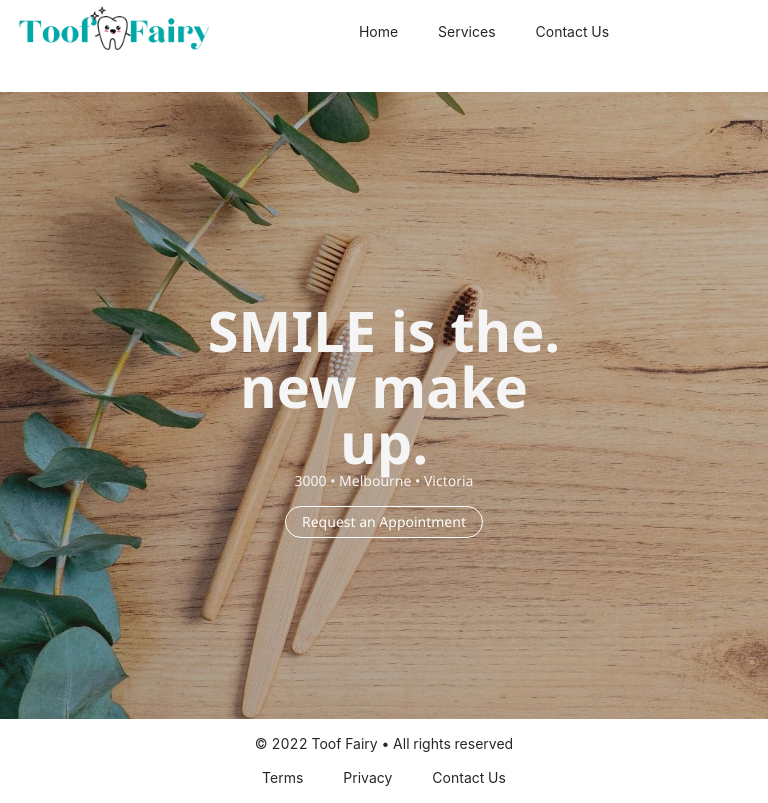
Repository: neldad1/dentist-app
Page: /
These files come from the project's save history. The page is drawn as it stood at one moment and after the next save; the edit follows.
The browser window is 768 px wide. The pictures show the whole page.
The project was rebuilt for these pictures with package versions that can differ from the ones it lists, and the page was loaded fresh each time. Also part of the build but not shown: src/components/Contact.jsx, src/components/Services/ToofImg.jsx, src/components/Services/Cosmetic.jsx, src/components/Services/Restorative.jsx, src/components/Services/Preventative.jsx, src/components/Footer/Terms.jsx, src/components/Footer/Privacy.jsx.

Above is the page before, as saved 2022-03-10 14:42:07.

### public/index.html
<!DOCTYPE html>
<html lang="en">
  <head>
    <meta charset="utf-8" />
    <link rel="icon" href="%PUBLIC_URL%/favicon.svg" type="image/svg+xml">
    <meta name="viewport" content="width=device-width, initial-scale=1" />
    <meta name="theme-color" content="#000000" />
    <meta
      name="description"
      content="Web site created using create-react-app"
    />
    <link rel="apple-touch-icon" href="%PUBLIC_URL%/logo192.png" />
    <!--
      manifest.json provides metadata used when your web app is installed on a
      user's mobile device or desktop. See https://developers.google.com/web/fundamentals/web-app-manifest/
    -->
    <link rel="manifest" href="%PUBLIC_URL%/manifest.json" />
    <!--
      Notice the use of %PUBLIC_URL% in the tags above.
      It will be replaced with the URL of the `public` folder during the build.
      Only files inside the `public` folder can be referenced from the HTML.

      Unlike "/favicon.ico" or "favicon.ico", "%PUBLIC_URL%/favicon.ico" will
      work correctly both with client-side routing and a non-root public URL.
      Learn how to configure a non-root public URL by running `npm run build`.
    -->
    <title>React App</title>
  </head>
  <body>
    <noscript>You need to enable JavaScript to run this app.</noscript>
    <div id="root"></div>
    <!--
      This HTML file is a template.
      If you open it directly in the browser, you will see an empty page.

      You can add webfonts, meta tags, or analytics to this file.
      The build step will place the bundled scripts into the <body> tag.

      To begin the development, run `npm start` or `yarn start`.
      To create a production bundle, use `npm run build` or `yarn build`.
    -->
  </body>
</html>

### src/index.js
import React from 'react';
import ReactDOM from 'react-dom';
import './index.css';
import App from './App';
import reportWebVitals from './reportWebVitals';

ReactDOM.render(
  //<React.StrictMode>
  <App />,
  //</React.StrictMode>,
  document.getElementById('root')
);

// If you want to start measuring performance in your app, pass a function
// to log results (for example: reportWebVitals(console.log))
// or send to an analytics endpoint. Learn more: https://bit.ly/CRA-vitals
reportWebVitals();

### src/App.js
import { BrowserRouter } from 'react-router-dom';

import 'antd/dist/antd.min.css';
import './App.css';
import AppRoutes from './AppRoutes';
import { Layout } from 'antd';
import HeaderLogo from './components/Header/HeaderLogo';
import Navigation from './components/Header/Navigation';
import FooterMenu from './components/Footer/FooterMenu';
const { Header, Footer, Content } = Layout;

function App() {
  return (
    <BrowserRouter>
      <Layout className="layout">
        <Header className="header">
          <HeaderLogo />
          <Navigation />
        </Header>
        <Content>
          <AppRoutes />
        </Content>
        <Footer className="footer">
          <span>© 2022 Toof Fairy • All rights reserved </span>
          <FooterMenu />
        </Footer>
      </Layout>
    </BrowserRouter>
  );
}

export default App;

### src/App.css

h1 {
  font-size: 2.5em;
}

.layout {
  height: 100vh;
  width: 100vw;
  text-align: center;
  background: #fff;
}

.header {
  background: #fff;
  padding: 0 1em;
}

.menu {
  flex: 1;
  border: none;
  display: flex;
  align-items: center;
  justify-content: flex-end;
}

.logo {
  width: 200px;
  height: 50px;
  float: left;
  margin-top: 4px;
}

.footer {
  background: #fff;
  display: flex;
  align-items: center;
}

.intro-wrapper {
  text-align: center;
}

.home {
  width: 100%;
  height: 100%;
  margin: 2em 0;
  display: flex;
  justify-content: center;
  align-items: center;
  background-image: url('/public/tfBackground.jpg');
  background-size: cover;
  background-repeat: no-repeat;
}

.content-wrapper {
  width: 50%;
  font-family: 'Segoe UI', sans-serif;
  margin-left: 10em;
  color: whitesmoke;
  display: block;
}
.tagline1 {
  font-weight: bolder;
  font-size: 2em;
  margin: 0;
  line-height: 1;
}

.contact-form {
  text-align: left;
}

.main-content {
  height: 100%;
  width: 60%;
  overflow-y: scroll;
  display: block;
  margin: 2em auto;
}

.service-info {
  display: flex;
  text-align: left;
  margin-bottom: 1em;
  align-items: center;
}

.service-definition {
  margin-left: 1.5em;
}

@media screen and (max-width: 768px) {
  .main-content {
    width: 100%;
    margin: 0.5em;
  }
  .footer {
    display: block;
    padding: 1em 0 0 0;
  }
  .menu {
    justify-content: center;
  }
  .content-wrapper {
    margin-left: 0;
  }
}

### src/AppRoutes.jsx
import { Route, Routes } from 'react-router-dom';
import Home from './components/Home';
import Contact from './components/Contact';
import Cosmetic from './components/Services/Cosmetic';
import Restorative from './components/Services/Restorative';
import Preventative from './components/Services/Preventative';
import Terms from './components/Footer/Terms';
import Privacy from './components/Footer/Privacy';

const AppRoutes = () => {
  return (
    <Routes>
      <Route exact path="/" element={<Home />} />
      <Route path="/cosmetic" element={<Cosmetic />} />
      <Route path="/restorative" element={<Restorative />} />
      <Route path="/preventative" element={<Preventative />} />
      <Route path="/contact" element={<Contact />} />
      <Route path="/terms" element={<Terms />} />
      <Route path="/privacy" element={<Privacy />} />
    </Routes>
  );
};

export default AppRoutes;

### src/components/Header/HeaderLogo.jsx
import { Link } from 'react-router-dom';

const HeaderLogo = () => {
  return (
    <Link to="/">
      <img className="logo" src={require('./tfLogo.png')} alt="TF" />
    </Link>
  );
};

export default HeaderLogo;

### src/components/Header/Navigation.jsx
import { Link } from 'react-router-dom';
import { Menu } from 'antd';
const { SubMenu } = Menu;

const Navigation = () => {
  return (
    <Menu mode="horizontal" className="menu">
      <Menu.Item key="home">
        <span>Home</span>
        <Link to="/" />
      </Menu.Item>
      <SubMenu key="subMenu" title="Services">
        <Menu.Item key="cosmetic">
          <span>Cosmetic</span>
          <Link to="/cosmetic" />
        </Menu.Item>
        <Menu.Item key="restore">
          <span>Restorative</span>
          <Link to="/restorative" />
        </Menu.Item>
        <Menu.Item key="prevent">
          <span>Preventative</span>
          <Link to="/preventative" />
        </Menu.Item>
      </SubMenu>
      <Menu.Item key="contact">
        <span>Contact Us</span>
        <Link to="/contact" />
      </Menu.Item>
    </Menu>
  );
};

export default Navigation;

### src/components/Footer/FooterMenu.js
import { Link } from 'react-router-dom';
import { Menu } from 'antd';

const FooterMenu = () => {
  return (
    <Menu mode="horizontal" className="menu">
      <Menu.Item key="terms">
        <span>Terms</span>
        <Link to="/terms" />
      </Menu.Item>
      <Menu.Item key="privacy">
        <span>Privacy</span>
        <Link to="/terms" />
      </Menu.Item>
      <Menu.Item key="contact">
        <span>Contact Us</span>
        <Link to="/contact" />
      </Menu.Item>
    </Menu>
  );
};

export default FooterMenu;

### src/components/Home.jsx
import { Button } from 'antd';
import { Link } from 'react-router-dom';

const Home = () => {
  return (
    <div className="home">
      <div className="content-wrapper">
        <div className="tagline1">
          <p className="tagline1">SMILE is the.</p>
          <p className="tagline1">new make up.</p>
        </div>
        <p className="addr">3000 • Melbourne • Victoria</p>
        <Link to="/contact">
          <Button type="default" shape="round" ghost>
            Request an Appointment
          </Button>
        </Link>
      </div>
    </div>
  );
};

export default Home;

Loaded but not shown: src/index.css (common file); src/reportWebVitals.js (common file)

After the next save:
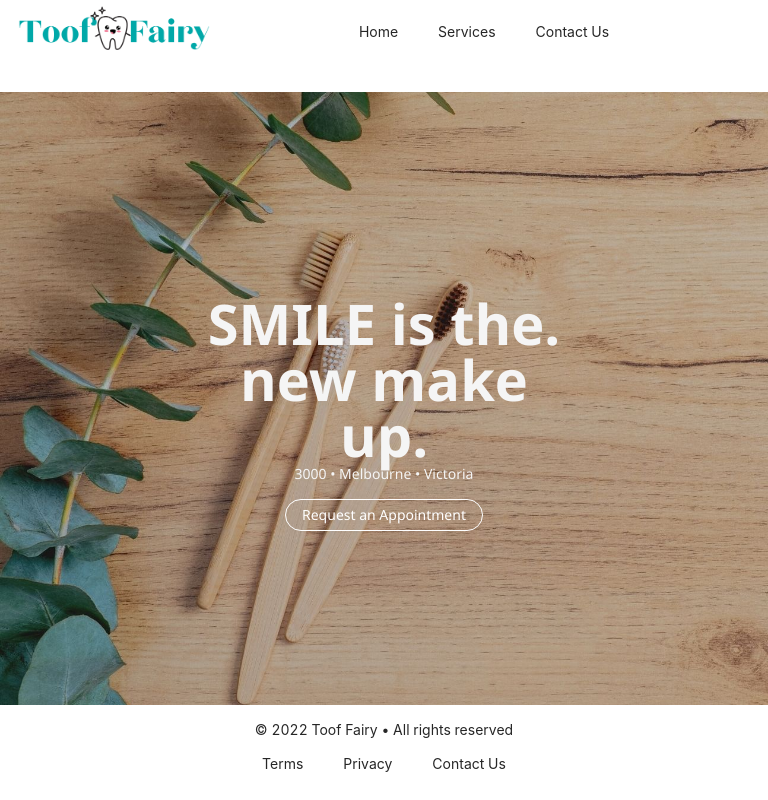
Saved 10 min 35 s later.
--- a/src/App.css
+++ b/src/App.css
@@ -96,7 +96,7 @@ h1 {
   }
   .footer {
     display: block;
-    padding: 1em 0 0 0;
+    padding: 1em 0 1em 0;
   }
   .menu {
     justify-content: center;
